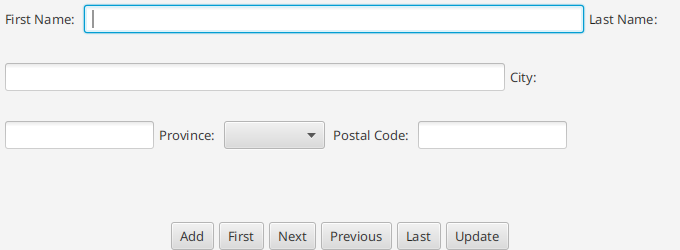
Repository: Mselenko/Java
Program's window: java w_5/JavaFx/src/task_2/AddressBook.java
The author's editor kept a copy of each file at every save. The program's window is drawn from the files as they stood at one save, then again after the next save.
It runs on Java 21 on a 1366 x 768 screen with JavaFX 11; the title bar is not drawn.

Above is the program's window before, as saved 2019-06-22 00:59:00.

### w_5/JavaFx/src/task_2/AddressBook.java
package task_2;

import javafx.application.Application;
import javafx.geometry.Insets;
import javafx.geometry.Pos;
import javafx.scene.Scene;
import javafx.scene.control.Button;
import javafx.scene.control.Label;
import javafx.scene.control.TextField;
import javafx.stage.Stage;
import javafx.scene.layout.BorderPane;
import javafx.scene.layout.FlowPane;
import javafx.scene.layout.HBox;
import javafx.scene.control.ComboBox;


public class AddressBook extends Application {


	class NewPanel extends BorderPane {






		FlowPane flowPane = new FlowPane(5, 5);
		HBox ButtonPanel = new HBox(5);


	public NewPanel() {
		TextField firstName = new TextField();
		firstName.setPrefColumnCount(40);

		TextField lastName = new TextField();
		lastName.setPrefColumnCount(40);

		TextField city = new TextField();
		city.setPrefColumnCount(11);

		ComboBox<String>  province = new ComboBox();
		province.getItems().add("Province");

		TextField postalCode = new TextField();
		postalCode.setPrefColumnCount(11);


		flowPane.setPadding(new Insets(5));
		flowPane.setVgap(30);
		flowPane.getChildren().addAll(
									new Label("First Name: "), firstName,
									new Label("Last Name: "), lastName,
									new Label("City: "), city,
									new Label("Province: "), province,
									new Label(" Postal Code: "), postalCode);


		Button addBtn = new Button("Add");
		Button firstBtn = new Button("First");
		Button nextBtn = new Button("Next");
		Button previousBtn = new Button("Previous");
		Button lastBtn = new Button("Last");
		Button updateBtn = new Button("Update");


//		addBtn.setPrefWidth(100);
//		firstBtn.setPrefWidth(100);
//		nextBtn.setPrefWidth(100);
//		previousBtn.setPrefWidth(100);
//		lastBtn.setPrefWidth(100);
//		updateBtn.setPrefWidth(100);



		ButtonPanel.getChildren().addAll(addBtn, firstBtn,nextBtn,previousBtn, lastBtn, updateBtn);
		ButtonPanel.setAlignment(Pos.CENTER);

		setCenter(flowPane);
		setBottom(ButtonPanel);

	}
}



	public void start(Stage MainStage) {

		NewPanel panel = new NewPanel();
		Scene scene = new Scene(panel, 680, 250);
		MainStage.setTitle("Address Book");
		MainStage.setScene(scene);
		MainStage.show();
	}


	public static void main(String [] args) {
		launch(args);
	}

}

After the next save:
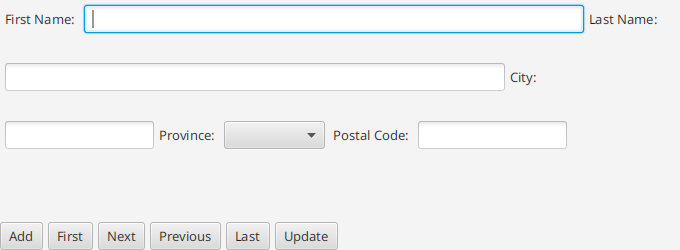
Saved 12 s later.
--- a/w_5/JavaFx/src/task_2/AddressBook.java
+++ b/w_5/JavaFx/src/task_2/AddressBook.java
@@ -73,7 +73,7 @@
 
 
 		ButtonPanel.getChildren().addAll(addBtn, firstBtn,nextBtn,previousBtn, lastBtn, updateBtn);
-		ButtonPanel.setAlignment(Pos.CENTER);
+		//ButtonPanel.setAlignment(Pos.CENTER);
 
 		setCenter(flowPane);
 		setBottom(ButtonPanel);
